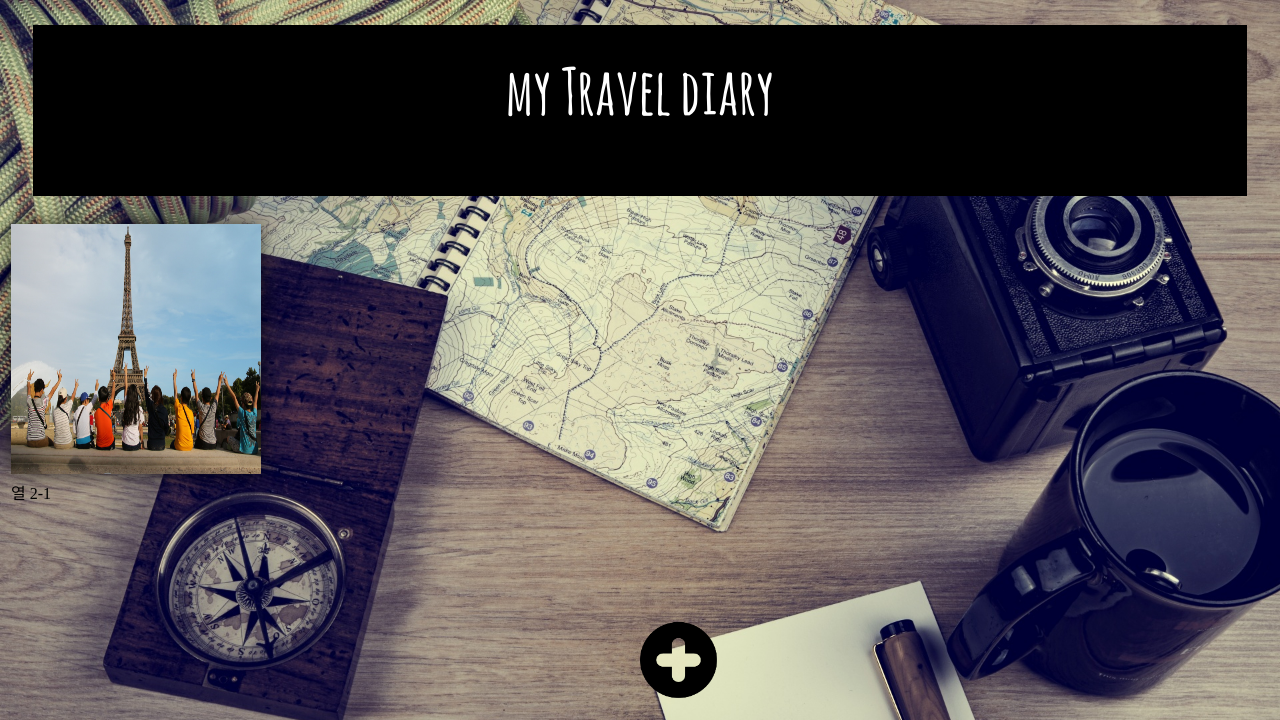
Repository: minkyung0421/jsp_travel_project
Page: http://localhost/Travel_Project/
An editor plug-in stored every save of this project. The page is shown before and after the next save, followed by the edit.
The browser window is 1280 px wide. The pictures show the whole page.
The page is served by Tomcat 9. Other server files are loaded and not shown.

Above is the page before, as saved 2018-08-21 05:25:01.

### jsp_travel_project/Travel_Project/WebContent/index.jsp
<%@ page language="java" contentType="text/html; charset=EUC-KR"
    pageEncoding="EUC-KR"%>
<!DOCTYPE html PUBLIC "-//W3C//DTD HTML 4.01 Transitional//EN" "http://www.w3.org/TR/html4/loose.dtd">
<html>
<head>
<meta http-equiv="Content-Type" content="text/html; charset=EUC-KR">
<title>Insert title here</title>
</head>
<style>
@font-face{font-family: amaticsc-bold; src:url('font/AmaticSC-Bold.ttf')}

body{
	background-image: url(image/travel2.jpg);
	background-size: 100%;
}
table{
	display: inline;
}
.effect{
	display: inline-block;
	box-shadow: 0px 0px 20px -2px rgba(0,0,0,0.8);
}

.font{
	font-family: amaticsc-bold;
	font-size: 3em;
}

.font2{
	font-family: amaticsc-bold;
	font-size: 4em;
	color: white;
	margin-top: 2%;
}


</style>
<body>
<center>
	<div style = "background-color:black; margin: 2%; padding: 0.5px">
		<p class = "font2"> my Travel diary</p>
	</div>
</center>

<a style ="display:scroll; position:fixed; bottom:3%; left:50%;" href = "insertForm.jsp" title="맨위로">
	<img src = "image/add.png" width="15%" height="15%">
</a>


<!-- <table border = "0" style = "margin:2%">
	<tr>
		<td><img src = "image/1.jpg" width = "250" height = "250" class = "effect" id = "img1"></td>
	</tr>
	<tr height="10%" style = "background-color: white;">
		<td>
			<center><p class = "font">Incheon</p></center>
		</td>
	</tr>
</table>

<table border = "0" style = "margin:2%">
	<tr>
		<td><img src = "image/2.jpg" width = "250" height = "250" class = "effect" id = "img1"></td>
	</tr>
	<tr height="10%" style = "background-color: white;">
		<td>
			<center><p class = "font">Tokyo</p></center>
		</td>
	</tr>
</table> -->

<style>
#table {display: table; width: 250;}
.row {display: table-row;}
.cell {display: table-cell; padding: 3px; }
.col1 { width: 250; margin-left: 2%;}
</style>
<div id="table">
<div class="row">
<span class="cell col1"><img src = "image/2.jpg" width = "250" height = "250" class = "effect" id = "img1"></span>
</div>

<div class="row">
<span class="cell col1">열 2-1</span>
</div>
</div>

</body>
</html>

After the next save:
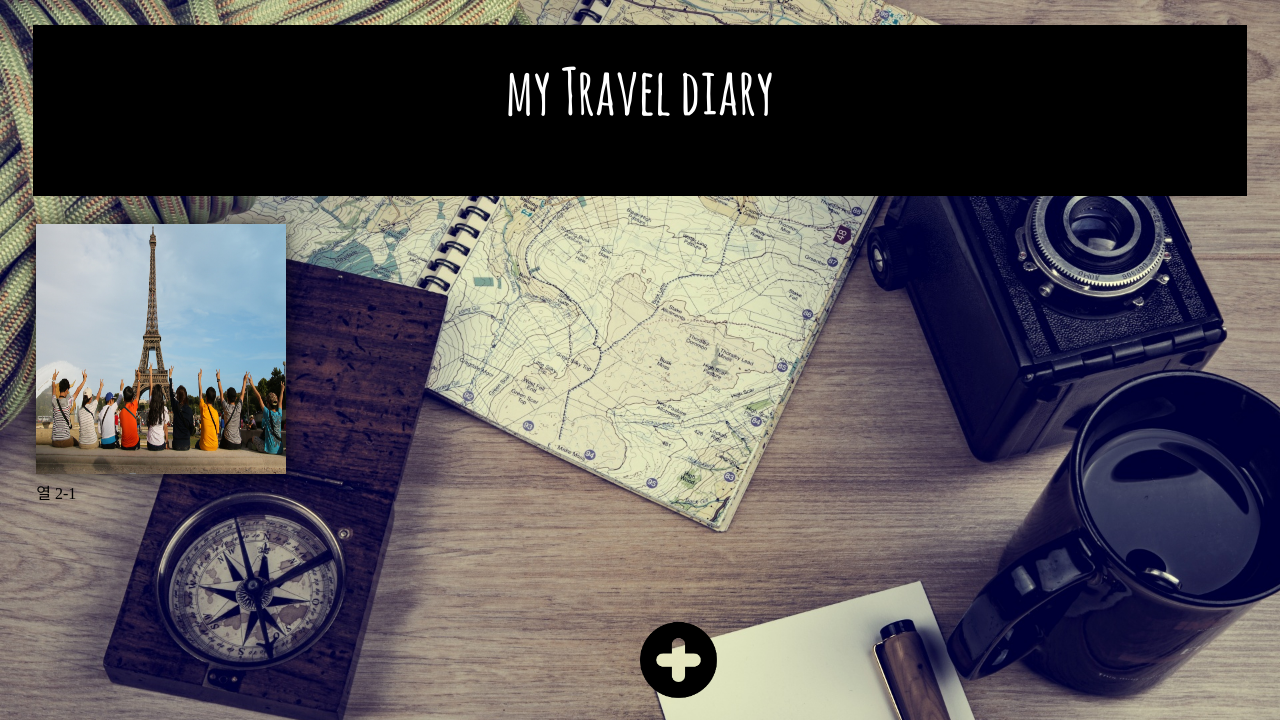
Saved 12 s later.
--- a/jsp_travel_project/Travel_Project/WebContent/index.jsp
+++ b/jsp_travel_project/Travel_Project/WebContent/index.jsp
@@ -70,10 +70,10 @@ table{
 </table> -->
 
 <style>
-#table {display: table; width: 250;}
+#table {display: table; width: 250; margin-left: 2%;}
 .row {display: table-row;}
 .cell {display: table-cell; padding: 3px; }
-.col1 { width: 250; margin-left: 2%;}
+.col1 { width: 250; }
 </style>
 <div id="table">
 <div class="row">
